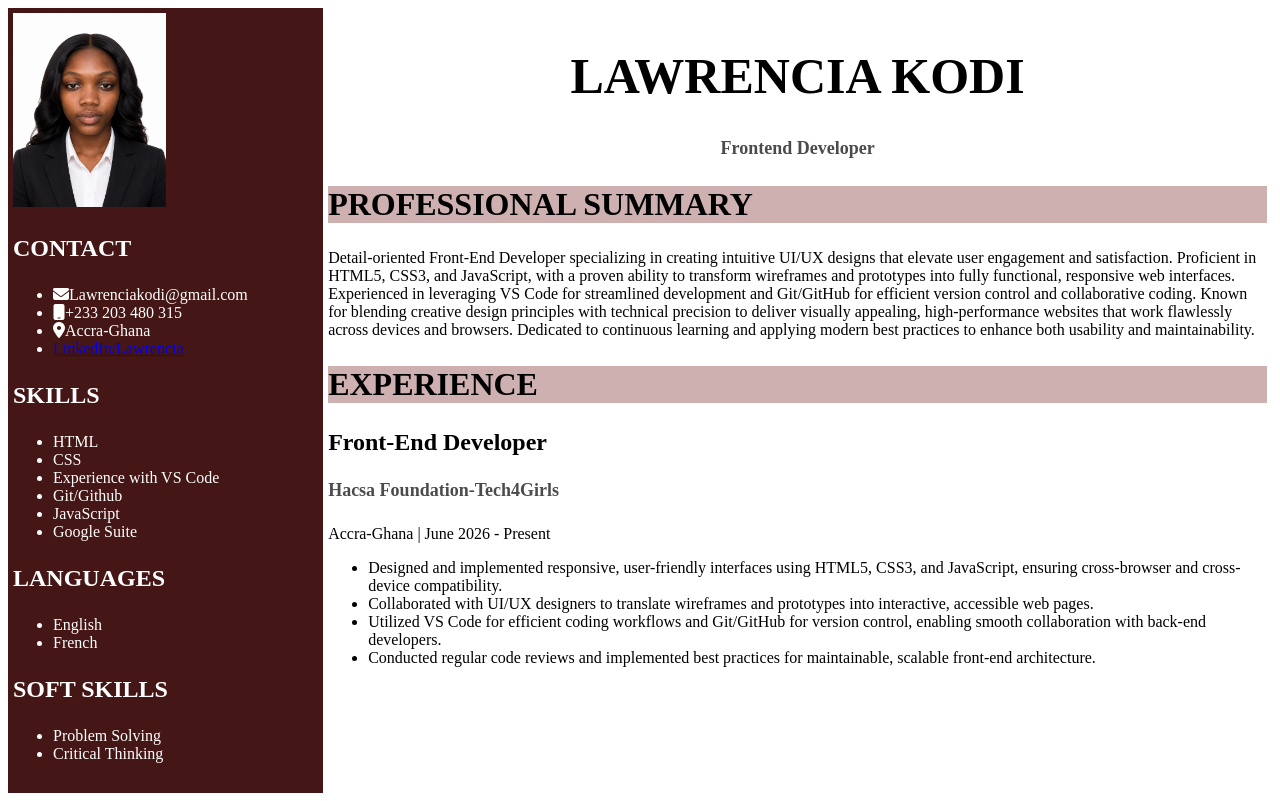
Repository: lawrencia-coder/T4G_CV
Page: index.html
These files come from the project's save history. The page is drawn as it stood at one moment and after a run of saves; the edit follows.
The browser window is 1280 px wide. The pictures show the whole page.
Some icons come from a web library that is not loaded, so they are not drawn. Some web libraries are served in a nearby version.

Above is the page before, as saved 2026-07-15 08:04:14.

After the next 2 saves:
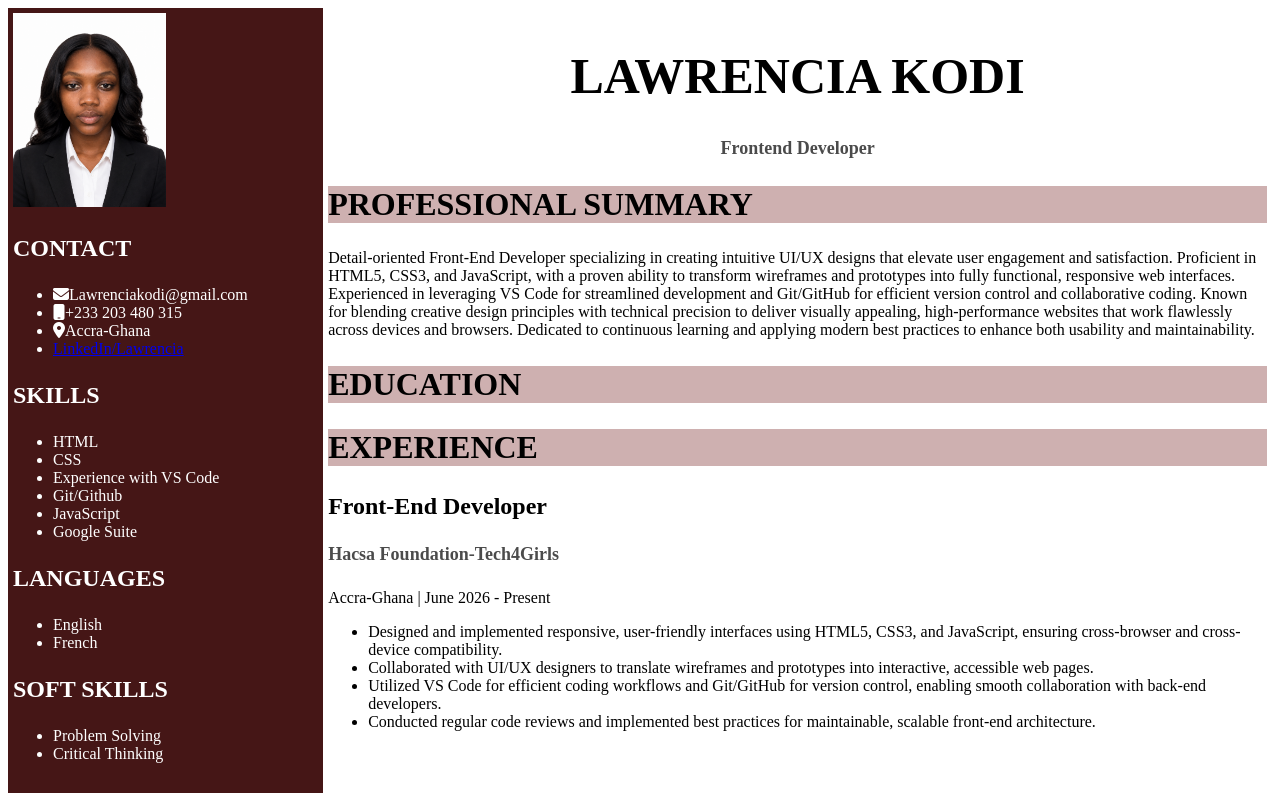
The 2 saves are shown as one change because they came seconds apart.
The last was saved 9 s later.
--- a/index.html
+++ b/index.html
@@ -61,7 +61,8 @@
                  Dedicated to continuous learning and applying modern best practices to enhance both usability and maintainability.
                 </p>
 
-                <h2></h2>
+                <h2>EDUCATION</h2>
+
 
                 <h2>EXPERIENCE</h2>
                 <p>
